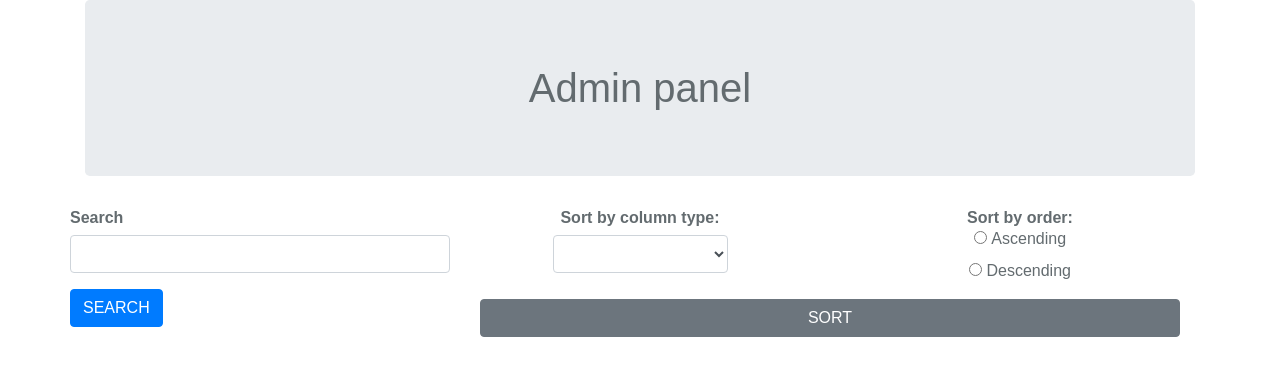
Repository: WOLVGVNG/gameclan
Page: resources/views/admin_panel.blade.php
An editor plug-in stored every save of this project. The page is shown before and after the next save, followed by the edit.
The browser window is 1280 px wide. The pictures show the whole page.
The page is served by the project's Laravel application, run on PHP 8.4 with Laravel 8. The template is opened directly, without the code that normally fills it, so the values that code supplies are empty.

Above is the page before, as saved 2019-03-20 17:37:18.

After the next save:
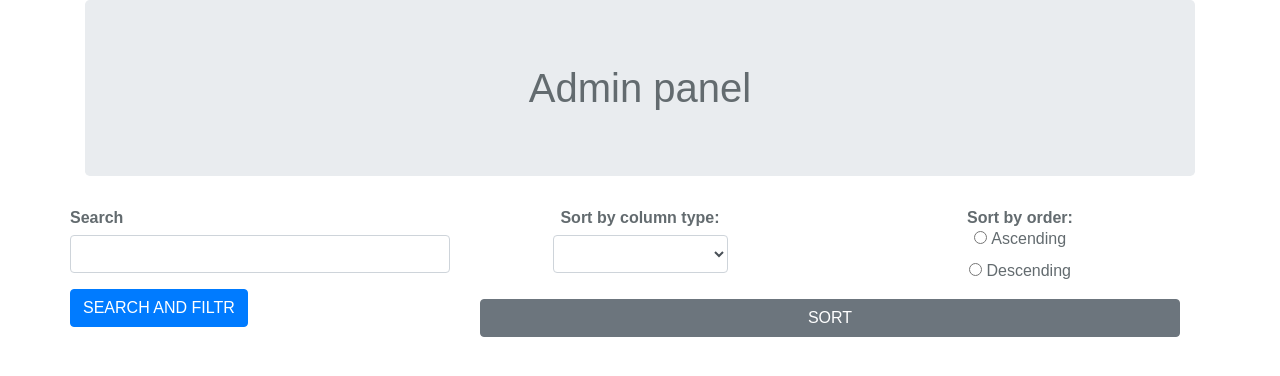
Saved 60 s later.
--- a/resources/views/admin_panel.blade.php
+++ b/resources/views/admin_panel.blade.php
@@ -10,7 +10,7 @@
                     <input type='text' class='form-control' name='search' value='{{ session('search') }}'>
                 </div>
                 <div class='row'>
-                    <button type='submit' class='btn btn-primary mt-3'>SEARCH</button>
+                    <button type='submit' class='btn btn-primary mt-3'>SEARCH AND FILTR</button>
                 </div>
             </div>
             <div class='col-md-8'>
